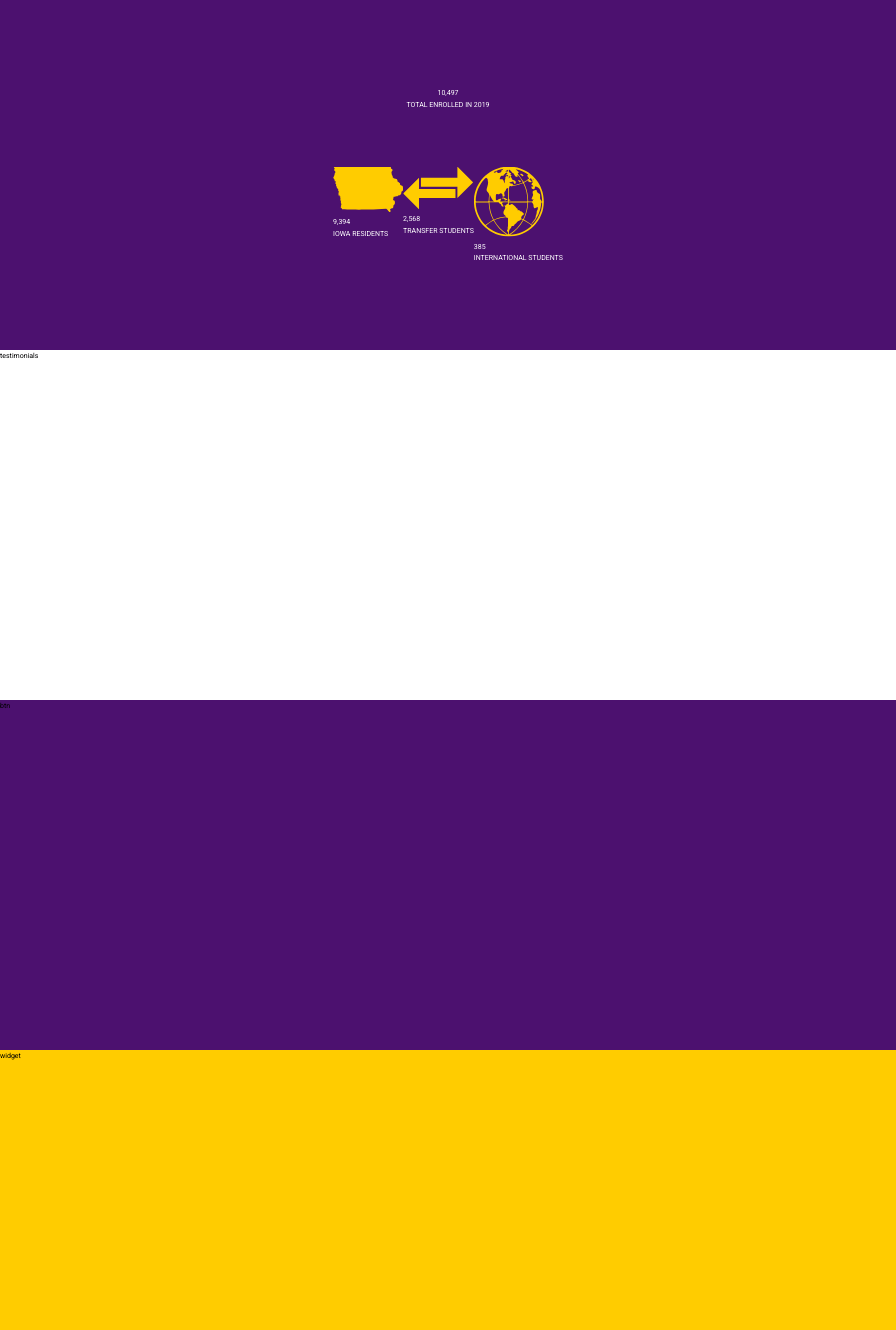
Repository: trietngo/nisg
Page: index.html
These files come from the project's save history. The page is drawn as it stood at one moment and after the next save; the edit follows.
The browser window is 1280 px wide. The pictures show the part of the page from y = 720 to 2620 px (the page is 3020 px tall), at 70% of full size.
Some web fonts or font styles are not loaded; a fallback is used. The style sheet was rebuilt from its Sass, Less or Tailwind sources for each picture, by a compiler version that may differ from the author's.

Above is the page before, as saved 2020-08-26 11:32:35.

After the next save:
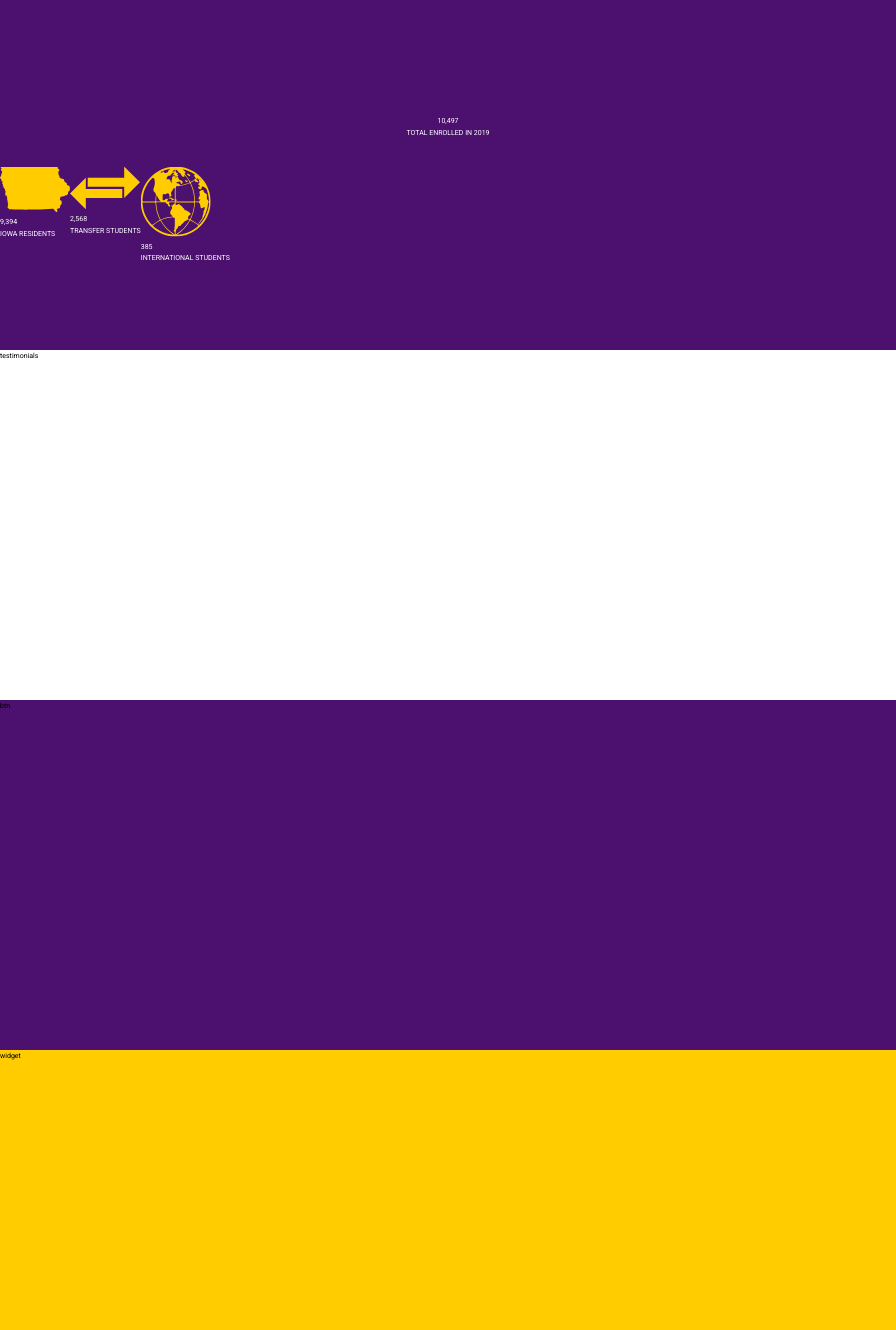
Saved 56 s later.
--- a/sass/layout/_enrollment.scss
+++ b/sass/layout/_enrollment.scss
@@ -16,7 +16,7 @@
     &__breakdown {
         display: flex;
         flex-wrap: wrap;
-        padding: 4rem;
+        width: 100%;
     }
 
     &__category {
